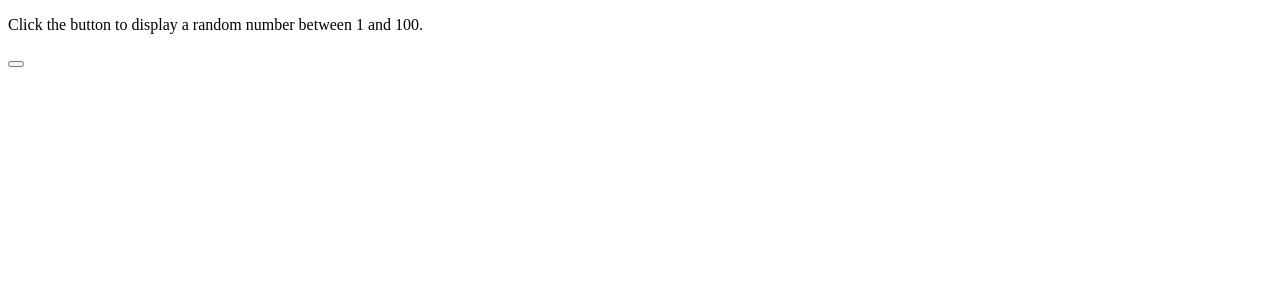
Repository: brightwhitesnow/brightwhitesnow.github.io
Page: Weba/lesson 1/homework files/mathrandom.html
These files come from the project's save history. The page is drawn as it stood at one moment and after the next save; the edit follows.
The browser window is 1280 px wide. The pictures show the whole page.

Above is the page before, as saved 2021-03-28 12:23:25.

### Weba/lesson 1/homework files/mathrandom.html
<!DOCTYPE html>
<html>
<body>

<p>Click the button to display a random number between 1 and 100.</p>

<button onclick="myFunction()"></button>

<p id="demo"></p>

<script>
function myFunction() {
  var x = document.getElementById("demo")
  x.innerHTML = Math.floor((Math.random() * 100) + 1);
}
</script>

</body>
</html>

After the next save:
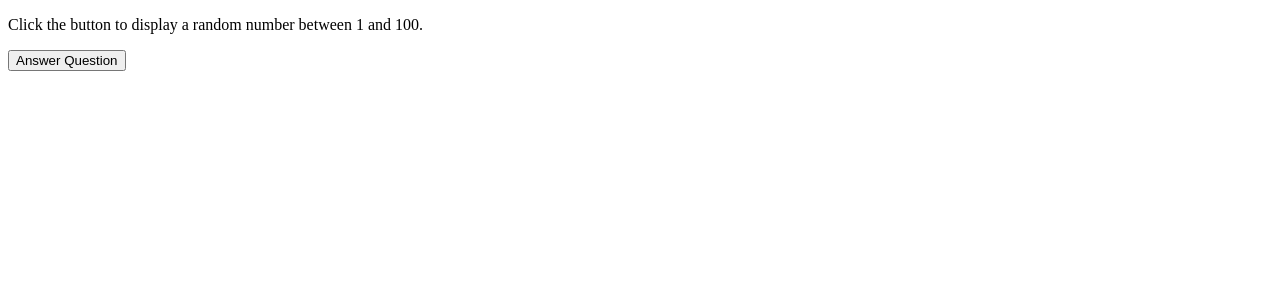
Saved 6 s later.
--- a/Weba/lesson 1/homework files/mathrandom.html
+++ b/Weba/lesson 1/homework files/mathrandom.html
@@ -4,7 +4,7 @@
 
 <p>Click the button to display a random number between 1 and 100.</p>
 
-<button onclick="myFunction()"></button>
+<button onclick="myFunction()">Answer Question</button>
 
 <p id="demo"></p>
 
